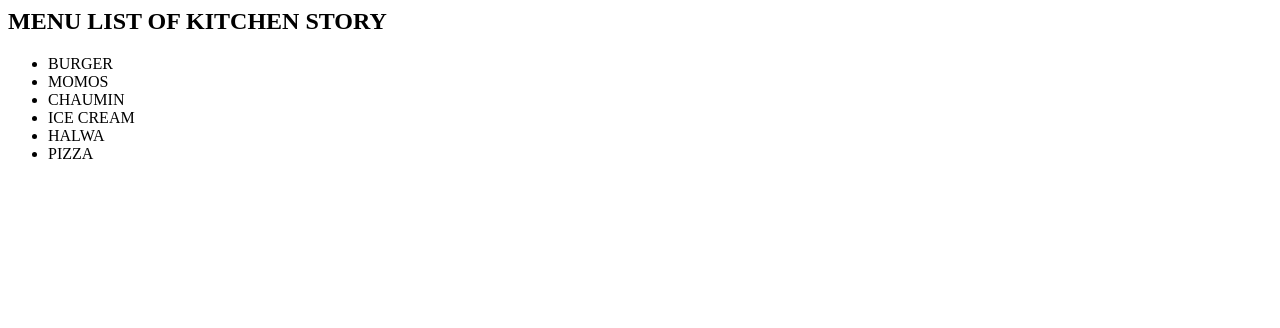
Repository: jha6435/phase4project
Page: Kitchenstory/src/main/webapp/menu.html
These files come from the project's save history. The page is drawn as it stood at one moment and after the next save; the edit follows.
The browser window is 1280 px wide. The pictures show the whole page.

Above is the page before, as saved 2023-05-07 15:27:13.

### Kitchenstory/src/main/webapp/menu.html
<html lang="en">
<head>
    <meta charset="UTF-8">
    <meta http-equiv="X-UA-Compatible" content="IE=edge">
    <meta name="viewport" content="width=device-width, initial-scale=1.0">
    <title>Document</title>
</head>
<body>
    <h2>MENU LIST OF KITCHEN STORY</h3>
    <ul>
    <li class="menuList">BURGER</li>
    <li class="menuList">MOMOS</li>
    <li class="menuList">CHAUMIN</li>
    <li class="menuList">ICE CREAM</li>
    <li class="menuList">HALWA</li>
    <li class="menuList">PIZZA</li>
    </ul>
</body>
</html>

After the next save:
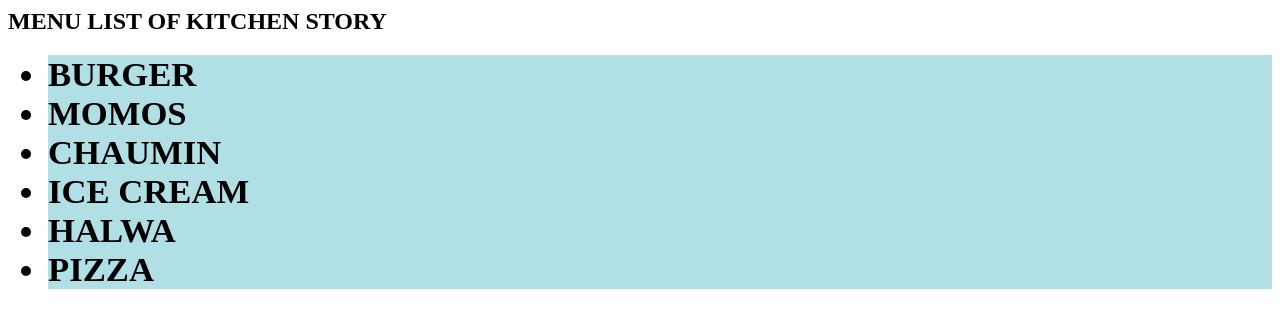
Saved 82 min 37 s later.
--- a/Kitchenstory/src/main/webapp/menu.html
+++ b/Kitchenstory/src/main/webapp/menu.html
@@ -4,6 +4,13 @@
     <meta http-equiv="X-UA-Compatible" content="IE=edge">
     <meta name="viewport" content="width=device-width, initial-scale=1.0">
     <title>Document</title>
+    <style>
+    .menuList{
+   font-weight: bold;
+            font-size: 26pt;
+            background: powderblue;
+    }
+    </style>
 </head>
 <body>
     <h2>MENU LIST OF KITCHEN STORY</h3>
